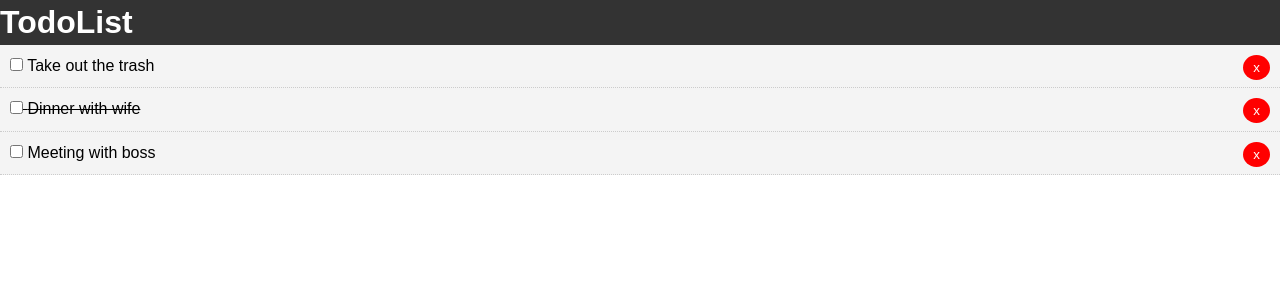
Repository: ChidiChuks/todo-list
Page: /
The author's editor kept a copy of each file at every save. The page is drawn from the files as they stood at one save, then again after the next save.
The browser window is 1280 px wide. The pictures show the whole page.
The project was rebuilt for these pictures with package versions that can differ from the ones it lists, and the page was loaded fresh each time.

Above is the page before, as saved 2019-10-21 14:47:53.

### public/index.html
<!DOCTYPE html>
<html lang="en">
  <head>
    <meta charset="utf-8" />
    <link rel="icon" href="%PUBLIC_URL%/favicon.ico" />
    <meta name="viewport" content="width=device-width, initial-scale=1" />
    <meta name="theme-color" content="#000000" />
    <meta
      name="description"
      content="Web site created using create-react-app"
    />
    <link rel="apple-touch-icon" href="logo192.png" />

    <link rel="manifest" href="%PUBLIC_URL%/manifest.json" />

    <title>TodoList</title>
  </head>
  <body>
    <noscript>You need to enable JavaScript to run this app.</noscript>
    <div id="root"></div>

  </body>
</html>

### src/App.js
import React, { Component } from 'react';
import Header from './components/layout/Header';
import Todos from './components/Todos';
import './App.css';

class App extends Component {
  state = {
    todos: [
      {
        id: 1,
        title: 'Take out the trash',
        completed: false
      },
      {
        id: 2,
        title: 'Dinner with wife',
        completed: true
      },
      {
        id: 3,
        title: 'Meeting with boss',
        completed: false
      }
    ]
  }

  // Toggle Complete
  markComplete = (id) => {
    this.setState({ todos: this.state.todos.map(todo => {
      if(todo.id === id) {
        todo.completed = !todo.completed
      }
      return todo;
    }) });
  }

  // Delete Tasks
  delTodo = (id) => {
    this.setState({ todos: [...this.state.todos.filter(todo => todo.id !== id)] });
  }

  render() {
    console.log(this.props.todos)
    return (
      <div className="App">
        <Header />
        <Todos todos={this.state.todos} markComplete={this.markComplete} delTodo={this.delTodo} />
      </div>
    );
  }
}

export default App;

### src/components/layout/Header.js
import React from 'react';

function Header() {
  return (
    <header style={headerStyle}>
      <h1>TodoList</h1>
    </header>
  )
}

const headerStyle = {
  background: '#333',
  color:  '#fff'
}

export default Header;

### src/components/Todos.js
import React, { Component } from 'react';
import TodoItem from './TodoItem';
import PropTypes from 'prop-types';

class Todos extends Component {

  render() {
    return this.props.todos.map((todo) => (
      <TodoItem key={ todo.id } todo={todo} markComplete={this.props.markComplete} delTodo={this.props.delTodo} />
    ));
  }
}

// PropTypes
Todos.propTypes = {
  todos: PropTypes.array.isRequired
}

export default Todos;

### src/components/TodoItem.js
import React, { Component } from 'react';
import PropTypes from 'prop-types';

export class TodoItem extends Component {
  getStyle = () => {
    return {
      background: '#f4f4f4',
      padding: '10px',
      borderBottom: '1px #ccc dotted',
      textDecoration: this.props.todo.completed ?  'line-through' : 'none'
    }
  }

  render() {
    const { id, title } = this.props.todo;
    return (
      <div style={this.getStyle()}>
        <p>
          <input type="checkbox" onChange={this.props.markComplete.bind(this, id)}/> { ' ' }
          { title }
          <button onClick={this.props.delTodo.bind(this, id)} style={btnStyle}>x</button>
        </p>
      </div>
    )
  }
}

// PropTypes
TodoItem.propTypes = {
  todo: PropTypes.object.isRequired
}

const btnStyle = {
  background: '#ff0000',
  color: '#fff',
  border: 'none',
  padding: '5px 10px',
  borderRadius: '50%',
  cursor: 'pointer',
  float: 'right'
}

export default TodoItem

Loaded but not shown: src/index.js (common file); src/App.css (common file)

After the next save:
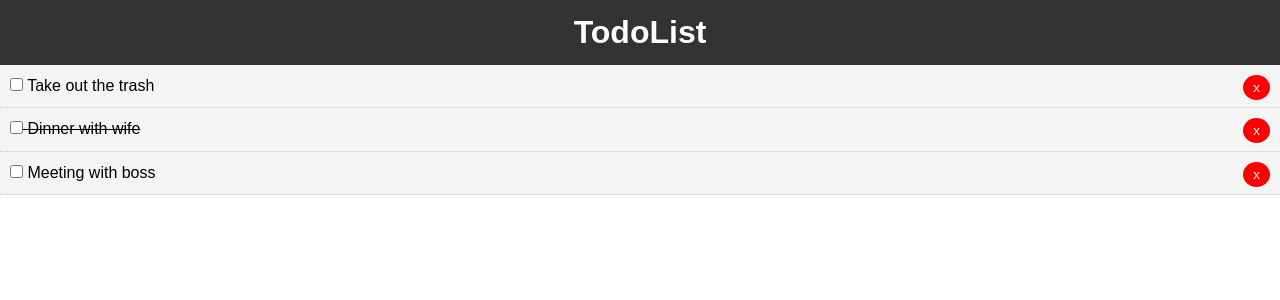
Saved 40 s later.
--- a/src/components/layout/Header.js
+++ b/src/components/layout/Header.js
@@ -10,7 +10,9 @@ function Header() {
 
 const headerStyle = {
   background: '#333',
-  color:  '#fff'
+  color:  '#fff',
+  textAlign: 'center',
+  padding: '10px'
 }
 
 export default Header;
